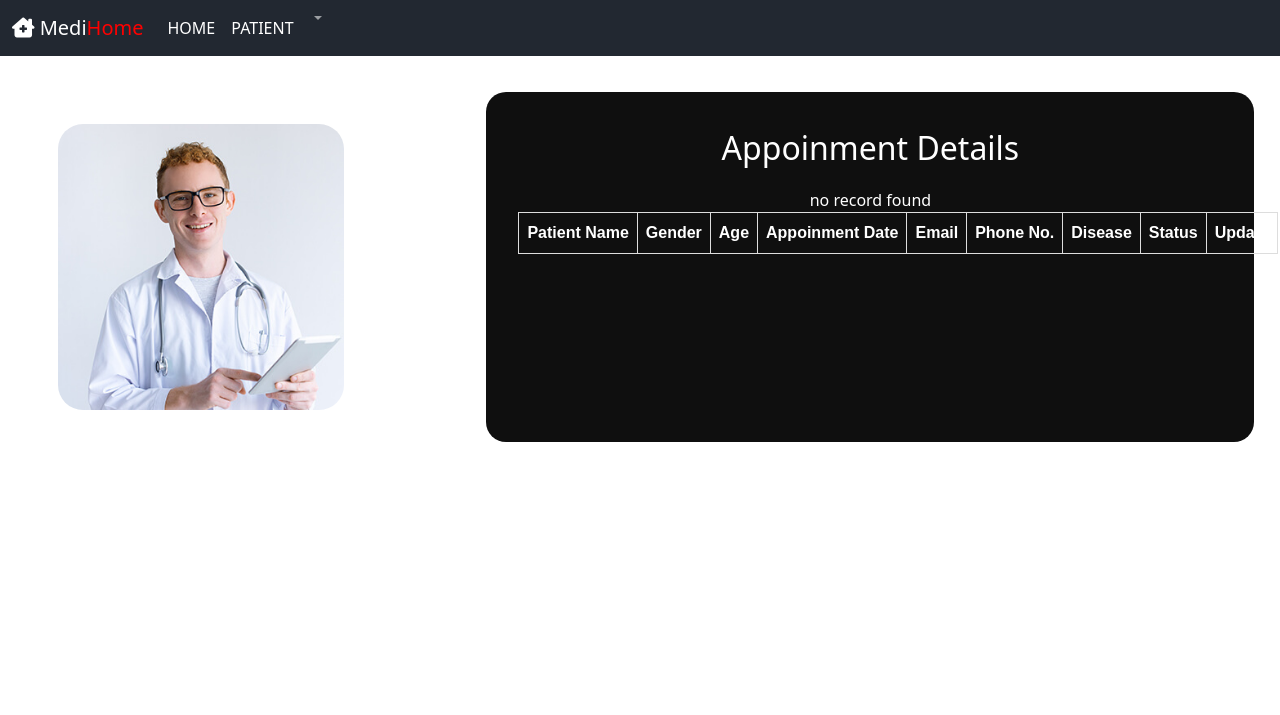
Repository: SparshGarg1/Hospital-Management-System
Page: http://localhost/Hospital/doctorpatient.jsp
An editor plug-in stored every save of this project. The page is shown before and after the next save, followed by the edit.
The browser window is 1280 px wide. The pictures show the whole page.
Some web libraries are served in a nearby version. The page is served by Tomcat 9. Queries for data that is not in the repository find no rows.

Above is the page before, as saved 2022-08-20 04:56:32.

After the next save:
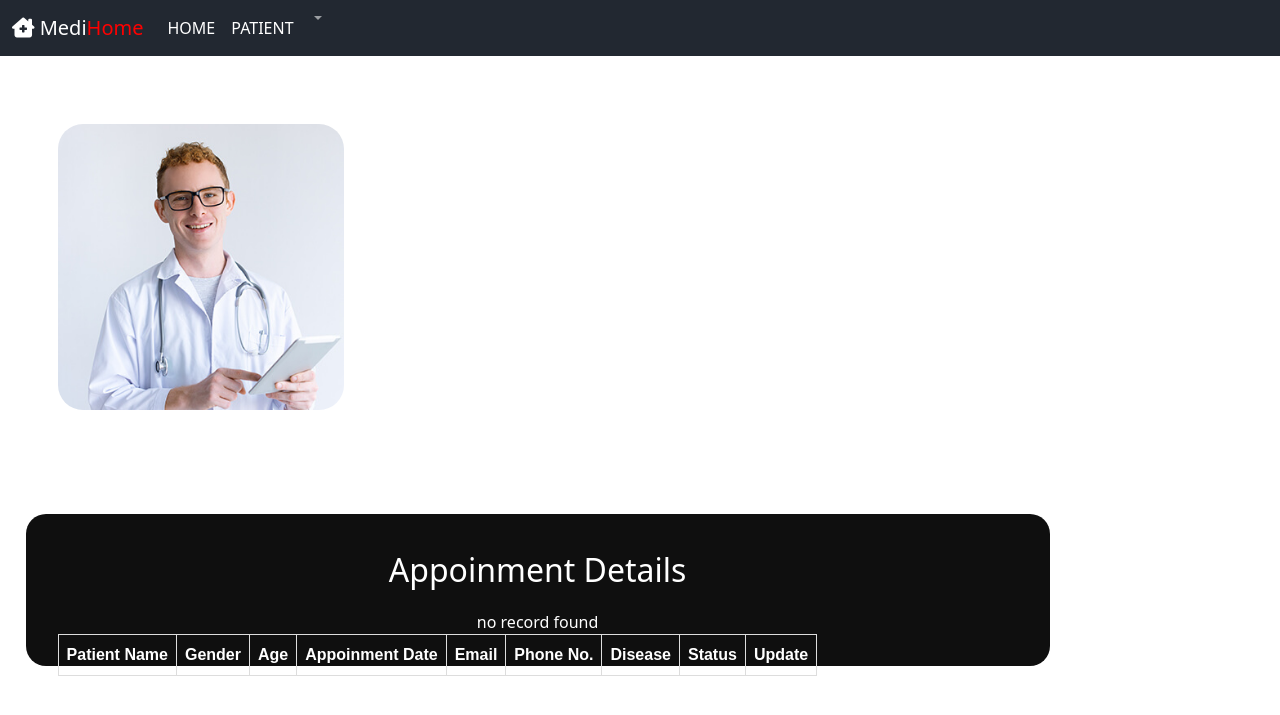
Saved 15 min 45 s later.
--- a/Hospital/WebContent/doctorpatient.jsp
+++ b/Hospital/WebContent/doctorpatient.jsp
@@ -34,7 +34,7 @@
         .show1{
             text-align: center;
             margin: 5vh 2vw;
-            width:60%;
+            width:80%;
             background: rgb(15, 15, 15);
             border-radius: 20px;
             color: white;
